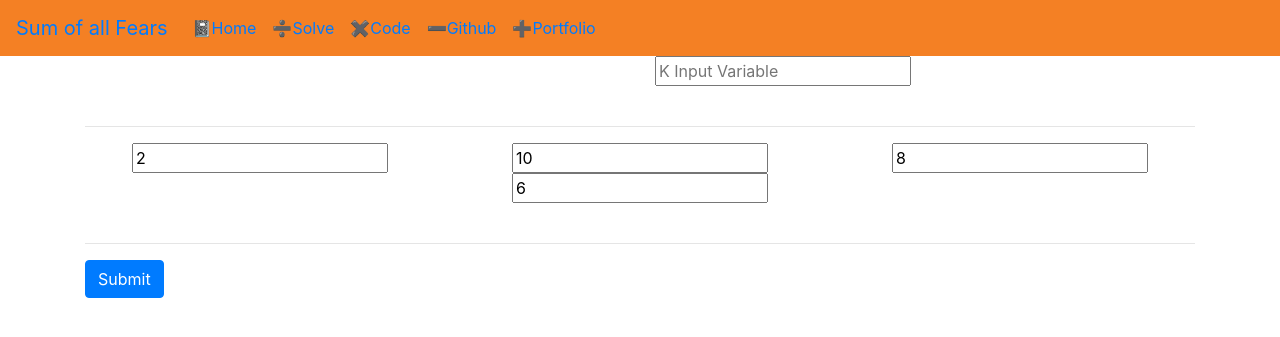
Repository: zhadjah9559/BrainBufferOverflow
Page: solve.html
These files come from the project's save history. The page is drawn as it stood at one moment and after a run of saves; the edit follows.
The browser window is 1280 px wide. The pictures show the whole page.

Above is the page before, as saved 2021-01-18 01:14:57.

### solve.html
<!doctype html>
<html lang="en">
  <head>
    <title>Title</title>
    <!-- Required meta tags -->
    <meta charset="utf-8">
    <meta name="viewport" content="width=device-width, initial-scale=1, shrink-to-fit=no">

    <!-- Bootstrap CSS -->
    <link rel="stylesheet" href="https://stackpath.bootstrapcdn.com/bootstrap/4.3.1/css/bootstrap.min.css" integrity="sha384-ggOyR0iXCbMQv3Xipma34MD+dH/1fQ784/j6cY/iJTQUOhcWr7x9JvoRxT2MZw1T" crossorigin="anonymous">
  </head>
  <body>

    <nav class="navbar navbar-expand-sm" style="background-color: #F48024;">
        <a class="navbar-brand" href="index.html">Sum of all Fears</a>
        <button class="navbar-toggler d-lg-none" type="button" data-toggle="collapse" data-target="#collapsibleNavId" aria-controls="collapsibleNavId"
            aria-expanded="false" aria-label="Toggle navigation"></button>
        <div class="collapse navbar-collapse" id="collapsibleNavId">
            <ul class="navbar-nav mr-auto mt-2 mt-lg-0">
                <li class="nav-item">
                    <a class="nav-link" href="index.html">📓Home </a>
                </li>
                <li class="nav-item active">
                    <a class="nav-link" href="solve.html">➗Solve<span class="sr-only">(current)</span></a>
                </li>
                 <li class="nav-item">
                    <a class="nav-link" href="code.html">✖Code</a>
                </li> <li class="nav-item">
                    <a class="nav-link" href="https://zacharyhadjah.netlify.app">➖Github</a>
                </li>
                <li class="nav-item">
                    <a class="nav-link" href="https://github.com/zhadjah9559/BrainBufferOverflow">➕Portfolio</a>
                </li>
            </ul>

        </div>
    </nav>

    <div class="container">

        <!--K input variable-->
       <div class="row justify-content-center">
           <div class="col-md-3 offset-3">
            <input type="number" id="kInput" name="kInput"  placeholder="K Input Variable">
           </div>
       </div>
       <br/>
       <hr/>

        <!--User Array Inputs-->
        <div class="row justify-content-center">
            <div class="col-md text-center">
                <input type="number" id="arrayInput1" name="arrayInput0" value="2" placeholder="2">
            </div>
            <div class="col-md text-center">
                <input type="number" id="arrayInput2" name="arrayInput1" value="10" placeholder="10">
            </div>
            <div class="col-md text-center">
                <input type="number" id="arrayInput3" name="arrayInput2" value="8" placeholder="8">
            </div>
            <div class="col-md text-center">
                <input type="number" id="arrayInput4" name="arrayInput3" value="6" placeholder="6">
            </div>
            <p id="output">  </p>
        </div>
        <br/>
        <hr/>

        <!---->
        <div class="row justify-content-center">
            <div class="col">
             <input  class="btn btn-primary" type="submit" id="submitBtn" name="submitBtn"/>
            </div>
        </div>


    </div>


    <!-- Optional JavaScript -->
    <!-- jQuery first, then Popper.js, then Bootstrap JS -->
    <script src="https://code.jquery.com/jquery-3.3.1.slim.min.js" integrity="sha384-q8i/X+965DzO0rT7abK41JStQIAqVgRVzpbzo5smXKp4YfRvH+8abtTE1Pi6jizo" crossorigin="anonymous"></script>
    <script src="https://cdnjs.cloudflare.com/ajax/libs/popper.js/1.14.7/umd/popper.min.js" integrity="sha384-UO2eT0CpHqdSJQ6hJty5KVphtPhzWj9WO1clHTMGa3JDZwrnQq4sF86dIHNDz0W1" crossorigin="anonymous"></script>
    <script src="https://stackpath.bootstrapcdn.com/bootstrap/4.3.1/js/bootstrap.min.js" integrity="sha384-JjSmVgyd0p3pXB1rRibZUAYoIIy6OrQ6VrjIEaFf/nJGzIxFDsf4x0xIM+B07jRM" crossorigin="anonymous"></script>
    <script src="js/site.js"></script>
  </body>
</html>

### js/site.js
    // document.getElementById("btnSubmit").addEventListener("click", doJsWork)

    // hardCodedArray = [10, 15, 3, 7];
    // let numk = parseInt(document.getElementById("kInput").value)
    // let found = false;

    // //Regular program that is working without extra credit
    // function doJsWork(){
    //     for(let i = 0; i = hardCodedArray.length -1; i++){
    //         for (let j = 1; j < hardCodedArray.length; j++) {
    //             if( hardCodedArray[i] + hardCodedArray[j] == numK ){
    //                 output.innerText = `Your number was found! ${hardCodedArray[i]} + ${hardCodedArray[j]} = ${numK}`
    //                 found = true;
    //                 break;
    //             }
    //         }
    //     }
    //     if(!found){
    //         output.innerText = `Your number was not found!`
    //     }
    // }

    //-----------------------------------------------------------------------------------
    //Extra credit
    let numK = document.getElementById("kInput");
    let results = document.getElementById("output");
    let userArray = []
    let ARRAY_SIZE = 4
    document.getElementById("submitBtn").addEventListener("click", evaluateUserInput);

    function evaluateUserInput(){
               //initialize the user inputs using a for loops
               for (let i = 0; i < ARRAY_SIZE; i++) {
                userArray[i] = document.getElementById(`${arrayInput[i]}`)
            }

            for(let i = 0; i = userArray.length -1; i++){
                for (let j = 1; j < userArray.length; j++) {
                    if( userArray[i] + userArray[j] == numK ){
                        output.innerText = `Your number was found! ${userArray[i]} + ${userArray[j]} = ${numK}`
                        found = true;
                        break;
                    }
                }
            }
            if(!found){
                output.innerText = `Your number was not found!`
            }
    }


    //generate array of length that will contain 20 elements
    //those 20 elements will all be random numbers
    // function generateArray() {
    //     let ARRAY_LENGTH = 20                                   //parseInt(document.getElementById("arrayNum").value);
    //     let randomArray = []
    //     for (let i = 0; i < ARRAY_LENGTH; i++) {
    //         randomArray.push(Math.floor(Math.random() * 100) + 1)
    //     }
    //     return randomArray;
    // }

After the next 2 saves:
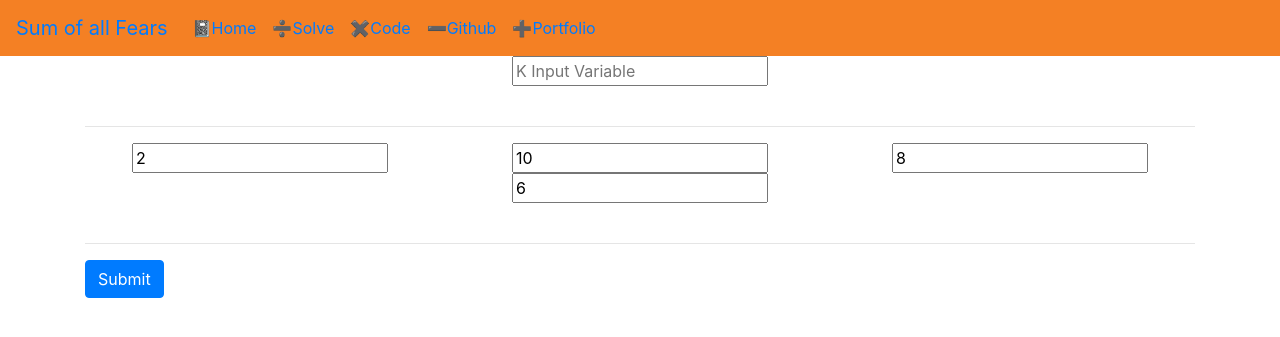
The 2 saves are shown as one change because they came seconds apart.
The last was saved 34 s later.
--- a/solve.html
+++ b/solve.html
@@ -40,9 +40,7 @@
 
         <!--K input variable-->
        <div class="row justify-content-center">
-           <div class="col-md-3 offset-3">
             <input type="number" id="kInput" name="kInput"  placeholder="K Input Variable">
-           </div>
        </div>
        <br/>
        <hr/>
